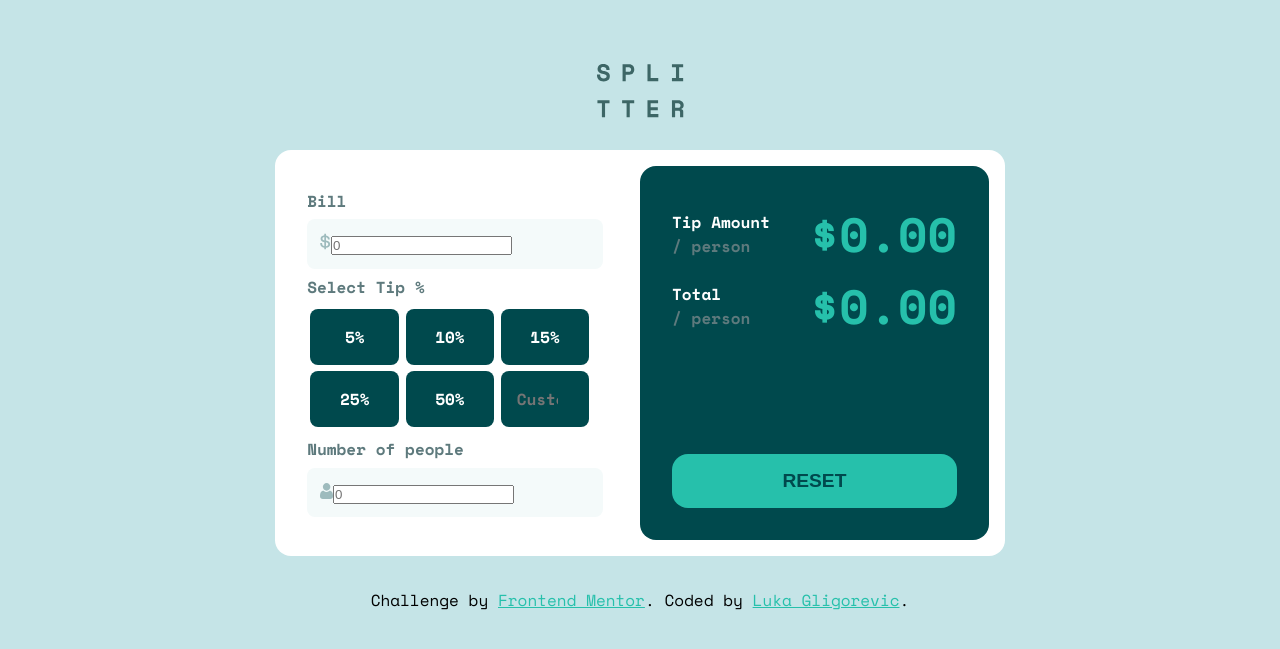
Repository: gligor99/tip-fmentor
Page: /
An editor plug-in stored every save of this project. The page is shown before and after the next save, followed by the edit.
The browser window is 1280 px wide. The pictures show the whole page.
The project was rebuilt for these pictures with package versions that can differ from the ones it lists, and the page was loaded fresh each time.

Above is the page before, as saved 2021-11-27 18:24:15.

After the next save:
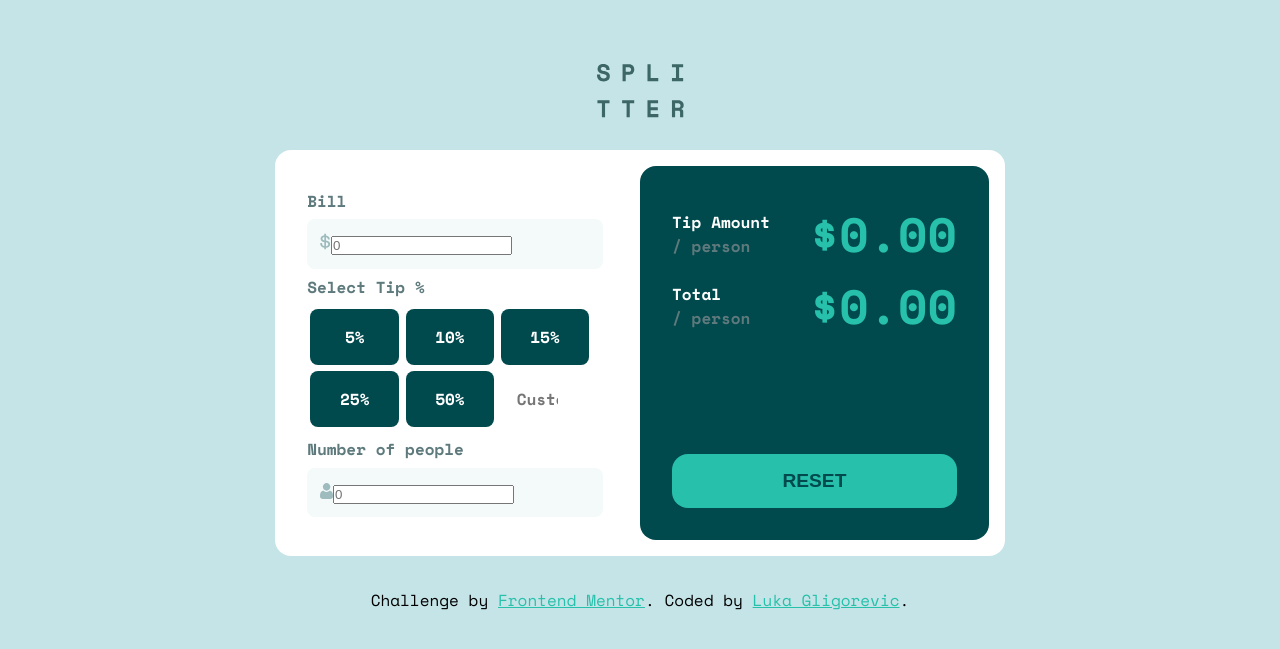
Saved 26 s later.
--- a/src/index.css
+++ b/src/index.css
@@ -93,6 +93,9 @@ label {
   color: var(--clr-white);
   transition: 0.2s ease-out;
 }
+.custom-tip{
+  background-color: white;
+}
 .percentage-btn:hover{
   background-color: var(--clr-primary);
 }
